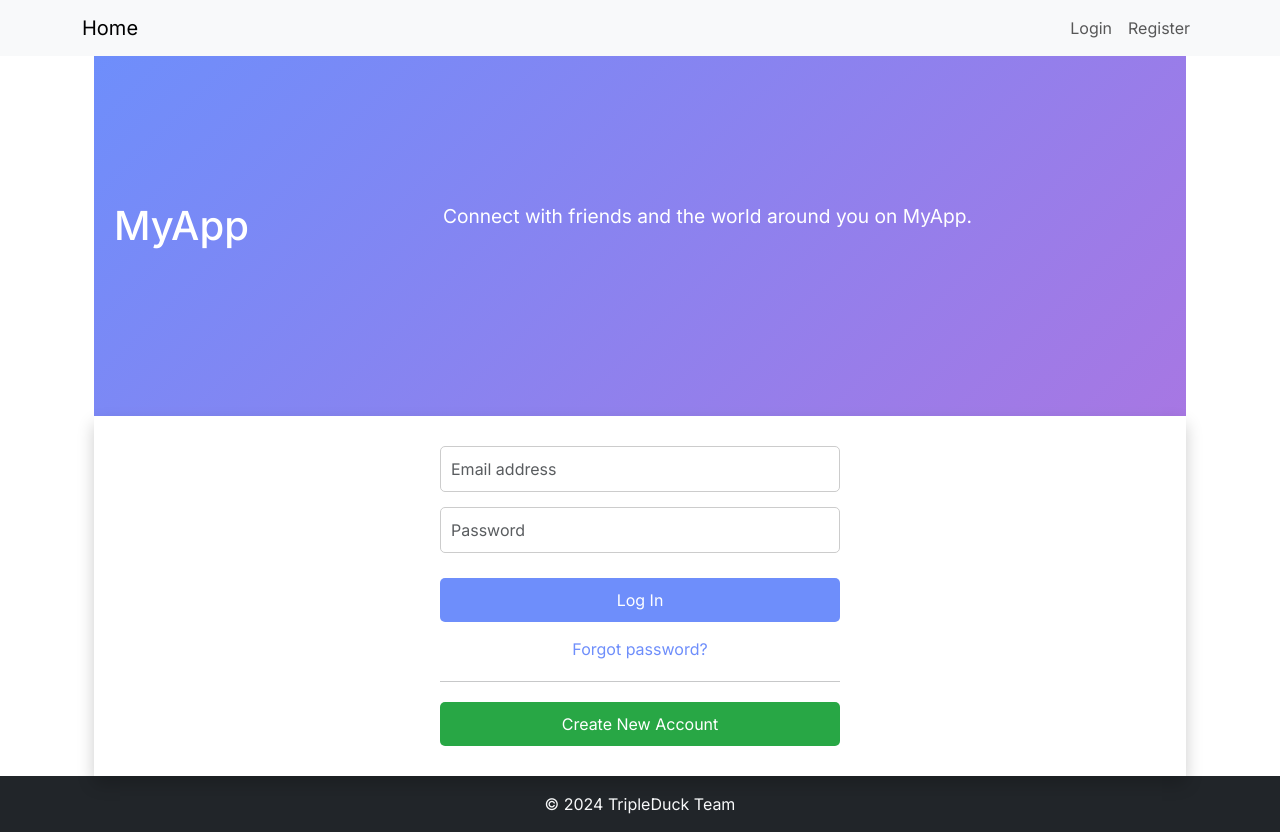
Repository: tdphong1293/KHDL01_DemoWebKafka
Page: /auth/login (app in Frontend_Client/)
The author's editor kept a copy of each file at every save. The page is drawn from the files as they stood at one save, then again after a run of saves.
The browser window is 1280 px wide. The pictures show the whole page.
The project was rebuilt for these pictures with package versions that can differ from the ones it lists, and the page was loaded fresh each time. The framework's server and built-in components were replaced by stand-ins that run in the browser. Also part of the build but not shown: Frontend_Client/next.config.mjs.

Above is the page before, as saved 2024-07-21 20:38:30.

After the next 2 saves:
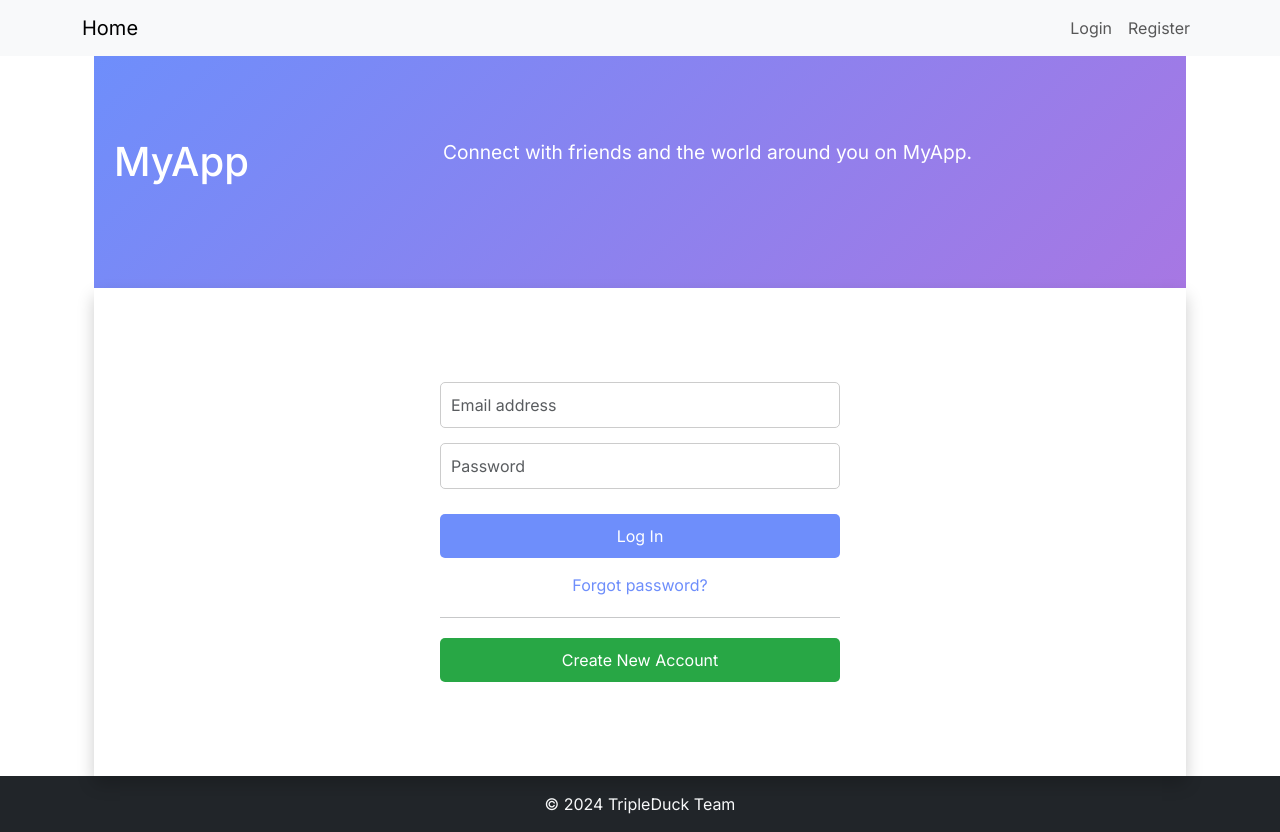
The 2 saves are shown as one change because they came seconds apart.
The last was saved 2 min 32 s later.
--- a/Frontend_Client/src/styles/page.module.css
+++ b/Frontend_Client/src/styles/page.module.css
@@ -236,23 +236,25 @@
   height: 100vh;
 }
 
-.topPanel, .bottomPanel {
-  flex: 1;
+.topPanel {
+  flex: 0.3; /* Smaller flex value for less height */
   display: flex;
   align-items: center;
   justify-content: center;
-  padding: 20px;
-}
-
-.topPanel {
   background: linear-gradient(135deg, #6e8efb, #a777e3);
   color: white;
   text-align: center;
+  padding: 20px;
 }
 
 .bottomPanel {
+  flex: 0.7; /* Larger flex value for more height */
+  display: flex;
+  align-items: center;
+  justify-content: center;
   background: white;
   box-shadow: 0 8px 16px rgba(0, 0, 0, 0.2);
+  padding: 20px;
 }
 
 .brand {
